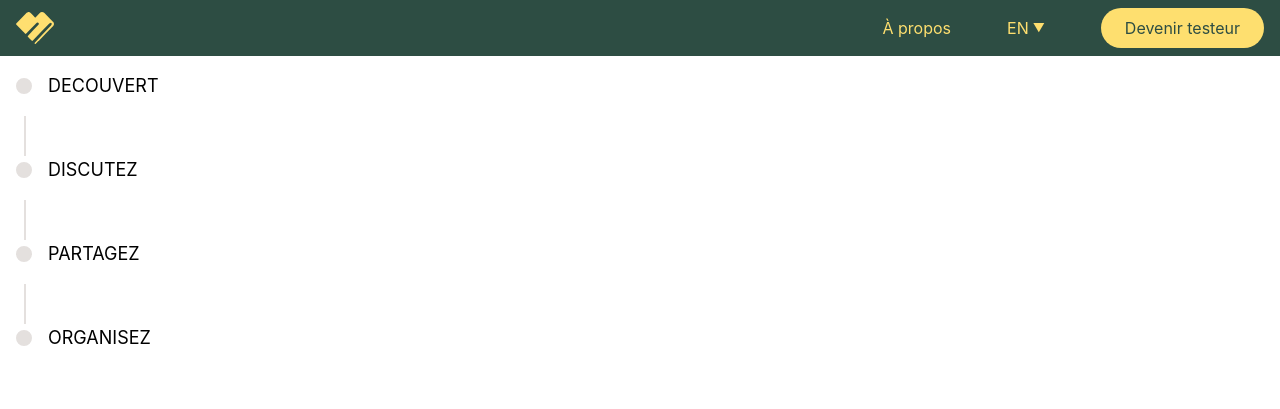
Repository: enas-elm/bookish-landing
Page: /
The author's editor kept a copy of each file at every save. The page is drawn from the files as they stood at one save, then again after the next save.
The browser window is 1280 px wide. The pictures show the whole page.
The project was rebuilt for these pictures with package versions that can differ from the ones it lists, and the page was loaded fresh each time.

Above is the page before, as saved 2024-09-11 15:59:55.

### src/index.css
@tailwind base;
@tailwind components;
@tailwind utilities;

body {
  margin: 0;
  font-family: -apple-system, BlinkMacSystemFont, 'Segoe UI', 'Roboto', 'Oxygen',
    'Ubuntu', 'Cantarell', 'Fira Sans', 'Droid Sans', 'Helvetica Neue',
    sans-serif;
  -webkit-font-smoothing: antialiased;
  -moz-osx-font-smoothing: grayscale;
}

code {
  font-family: source-code-pro, Menlo, Monaco, Consolas, 'Courier New',
    monospace;
}

@layer base {
  @font-face {
      font-family: 'DM Sans Italic';
      src: url('../public/font/DMSans-VariableFont_opsz,wght.ttf') format('truetype');
      font-weight: 100 900;
       font-style: italic;
  }
  @font-face {
        font-family: "Passion One";
        src: url('../public/font/PassionOne-Regular.ttf') format('truetype');
        font-weight: normal;
        font-style: normal;
    }
    @font-face {
            font-family: "DM Display";
            src: url('../public/font/DMSerifDisplay-Regular.ttf') format('truetype');
            font-weight: normal;
            font-style: normal;
        }
    @font-face {
                font-family: "Inter";
                src: url('../public/font/Inter-VariableFont_opsz,wght.ttf') format('truetype');
                font-weight: 700;
            }
}

### src/App.js
import logo from "./logo.svg";
import "./App.css";
import Navbar from "./components/Navbar";
import "./index.css";
import TimeLine from "./components/TimeLine";

function App() {
  return (
    <div className="App">
      <header className="header">
        <Navbar />
      </header>
      <TimeLine />
    </div>
  );
}

export default App;

### src/components/Navbar.js
import React, { useState, useRef, useEffect } from 'react'

const Navbar = () => {
  const [language, setLanguage] = useState('EN')
  const [dropdownOpen, setDropdownOpen] = useState(false)
  const dropdownRef = useRef(null)

  const toggleDropdown = () => {
    setDropdownOpen(!dropdownOpen)
  };

  const selectLanguage = (lang) => {
    setLanguage(lang)
    setDropdownOpen(false)
  };

  useEffect(() => {
    const handleClickOutside = (event) => {
      if (dropdownRef.current && !dropdownRef.current.contains(event.target)) {
        setDropdownOpen(false)
      }
    };
    document.addEventListener('mousedown', handleClickOutside)
    return () => {
      document.removeEventListener('mousedown', handleClickOutside)
    };
  }, [])

  return (
    <nav className="w-full bg-green px-4 py-2 flex justify-between items-center">
      <div className="flex-shrink-0">
        <img src="/Vector-jaune.svg" alt="Bookish" className="h-8" />
      </div>

      <div className="flex items-center gap-5 justify-end space-x-6">
        <a href="/about" className="hover:underline text-yellow">
          À propos
        </a>
        <div className="relative" ref={dropdownRef}>
          <button
            className="bg-transparent text-yellow px-3 py-1 focus:outline-none flex items-center gap-1"
            onClick={toggleDropdown}
          >
            {language} <span className="text-xs">▼</span>
          </button>

          {dropdownOpen && (
            <div className="absolute right-0 mt-2 py-2 w-32 bg-white text-black rounded-md shadow-lg z-10">
              <button
                className={`block w-full text-left px-4 py-2 hover:bg-gris ${language === 'EN' ? 'bg-gris' : ''}`}
                onClick={() => selectLanguage('EN')}
              >
                EN
              </button>
              <button
                className={`block w-full text-left px-4 py-2 hover:bg-gris ${language === 'FR' ? 'bg-gris' : ''}`}
                onClick={() => selectLanguage('FR')}
              >
                FR
              </button>
            </div>
          )}
        </div>

        <button className="bg-yellow text-green px-6 py-2 rounded-full hover:bg-yellow-500 hover:scale-105 hover:shadow-lg transition transform duration-300 ease-in-out">
          Devenir testeur
        </button>
      </div>
    </nav>
  )
}

export default Navbar

### src/components/TimeLine.js
import React, { useState } from "react";

const menuItems = [
  { id: 1, label: "DECOUVERT" },
  { id: 2, label: "DISCUTEZ" },
  { id: 3, label: "PARTAGEZ" },
  { id: 4, label: "ORGANISEZ" },
];

function TimelineMenu() {
  const [selectedItem, setSelectedItem] = useState(null);

  const handleClick = (id) => {
    setSelectedItem(id);
  };

  return (
    <div className="flex flex-col items-start p-4">
      {menuItems.map((item, index) => (
        <div key={item.id} className="flex flex-col items-start">
          {/* Timeline Item */}
          <div
            onClick={() => handleClick(item.id)}
            className={`flex items-center cursor-pointer transition-colors mb-4 ${
              selectedItem === item.id ? "text-green text-5xl" : "text-gray-700"
            }`}
          >
            <div
              className={`w-4 h-4 rounded-full bg-gris border-gris border-2 mr-4 transition-colors ${
                selectedItem === item.id ? "bg-green bg-blue-500" : "w-4 h-4"
              }`}
            ></div>
            <span className="text-lg">{item.label}</span>
          </div>
          {/* Vertical Line */}
          {index < menuItems.length - 1 && (
            <div
              className={`h-10 bg-gris border-gris border-l-2 ml-2 transition-colors ${
                selectedItem === item.id ? "border-blue-500" : "border-gray-400"
              }`}
            ></div>
          )}
        </div>
      ))}
    </div>
  );
}

export default TimelineMenu;

### tailwind.config.js
/** @type {import('tailwindcss').Config} */
module.exports = {
  content: ["./src/**/*.{js,jsx,ts,tsx}"],
  theme: {
    colors: {
      green: "#2D4D43",
      greenlight: "#8EBDAF",
      white: "#FAFAFA",
      beige: "#D8CCB5",
      black: "#131313",
      gris: "#E4E0DE",
      "gris-foncé": "#1B1E28",
      yellow: "#FEDF6F",
    },
    fontFamily: {
      "dm-sans-italic": ['"DM Sans Italic"', "sans-serif"],
      "passion-one": ["PassionOne-Regular"],
      "dm-display": ["DMSerifDisplay-Regular"],
      inter: ["Inter"],
    },
    extend: {},
  },
  plugins: [],
};

Loaded but not shown: public/index.html (common file); src/index.js (common file); src/reportWebVitals.js (common file); src/App.css (common file)

After the next save:
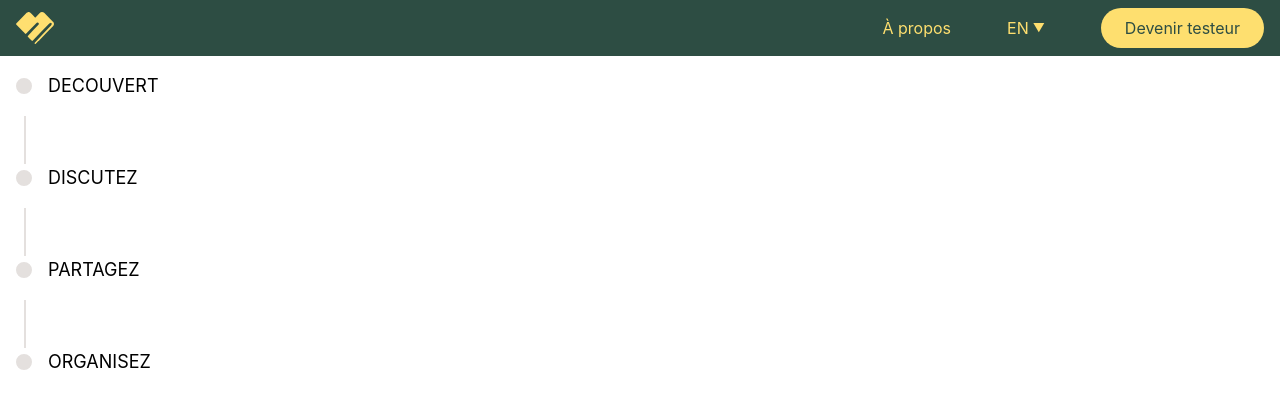
Saved 9 s later.
--- a/src/components/TimeLine.js
+++ b/src/components/TimeLine.js
@@ -35,7 +35,7 @@ function TimelineMenu() {
           {/* Vertical Line */}
           {index < menuItems.length - 1 && (
             <div
-              className={`h-10 bg-gris border-gris border-l-2 ml-2 transition-colors ${
+              className={`h-12 bg-gris border-gris border-l-2 ml-2 transition-colors ${
                 selectedItem === item.id ? "border-blue-500" : "border-gray-400"
               }`}
             ></div>
